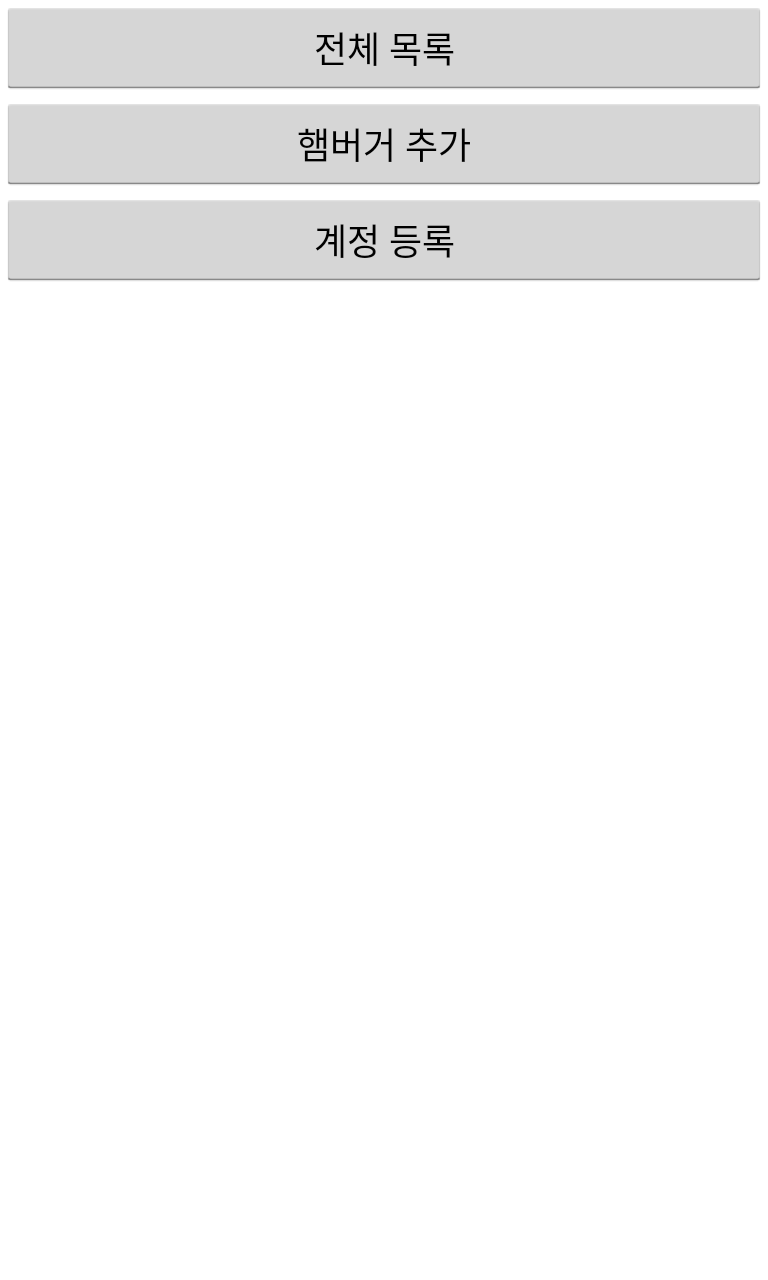
Repository: OnionLord/BurgerWIKI
Layout: burgerDicApp/BurgerDictionary/res/layout/actmain.xml
An editor plug-in stored every save of this project. The layout is shown before and after the next save, followed by the edit.
It is drawn on a 768 x 1280 px phone screen (xhdpi) without system bars, with theme AppTheme; the app's code is not run.

Above is the layout before, as saved 2014-11-06 12:27:47.

### burgerDicApp/BurgerDictionary/res/layout/actmain.xml
<LinearLayout xmlns:android="http://schemas.android.com/apk/res/android"
    android:layout_width="fill_parent"
    android:layout_height="fill_parent"
    android:orientation="vertical" >

    <Button
        android:id="@+id/main_btn1"
        android:layout_width="fill_parent"
        android:layout_height="wrap_content"
        android:onClick="onClickButton"
        android:text="전체 목록" />

    <Button
        android:id="@+id/main_btn2"
        android:layout_width="fill_parent"
        android:layout_height="wrap_content"
        android:onClick="onClickButton"
        android:text="햄버거 추가" />
    <Button
        android:id="@+id/main_btn3"
        android:layout_width="fill_parent"
        android:layout_height="wrap_content"
        android:onClick="onClickButton"
        android:text="계정 등록" />
</LinearLayout>

Loaded but not shown: burgerDicApp/BurgerDictionary/res/values/styles.xml (common file); burgerDicApp/BurgerDictionary/res/values-v11/styles.xml (common file); burgerDicApp/BurgerDictionary/res/values-v14/styles.xml (common file)

After the next save:
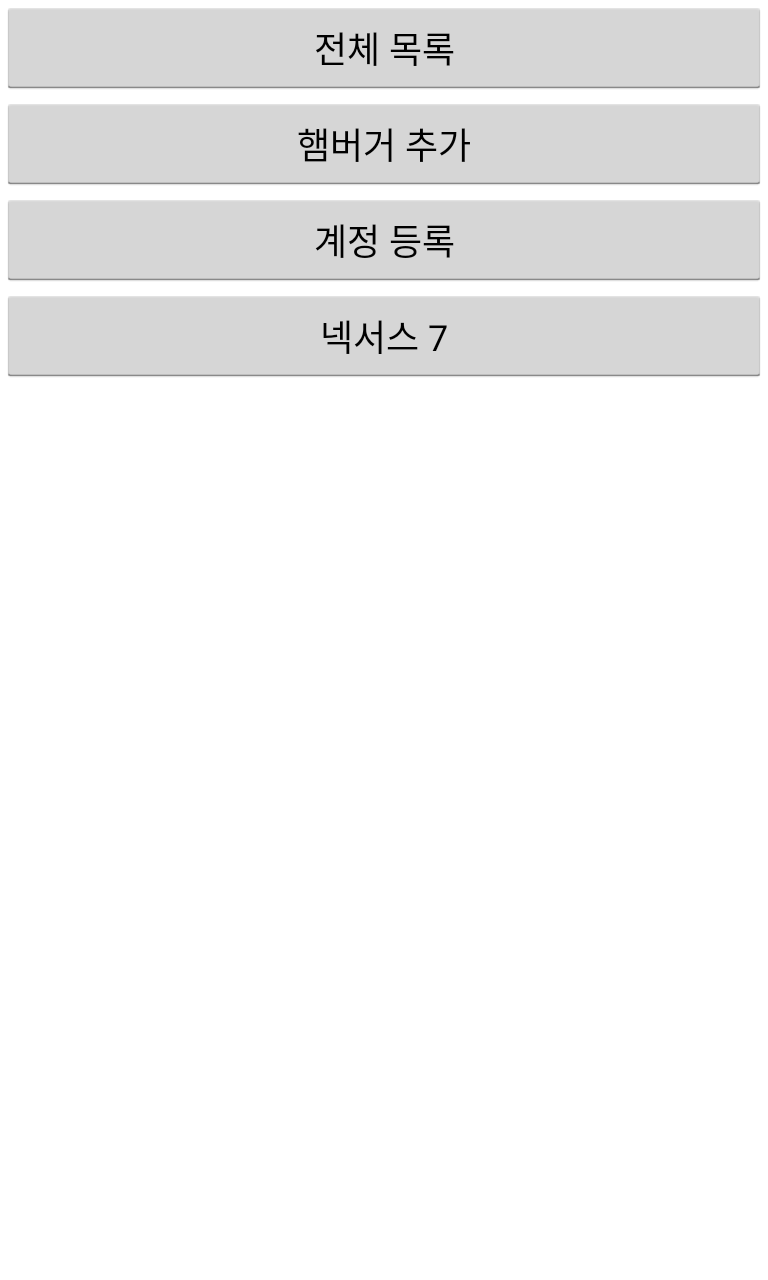
Saved 2 min 14 s later.
--- a/burgerDicApp/BurgerDictionary/res/layout/actmain.xml
+++ b/burgerDicApp/BurgerDictionary/res/layout/actmain.xml
@@ -22,4 +22,10 @@
         android:layout_height="wrap_content"
         android:onClick="onClickButton"
         android:text="계정 등록" />
+    <Button
+        android:id="@+id/main_btn4"
+        android:layout_width="fill_parent"
+        android:layout_height="wrap_content"
+        android:onClick="onClickButton"
+        android:text="넥서스 7" />
 </LinearLayout>

After the save that followed:
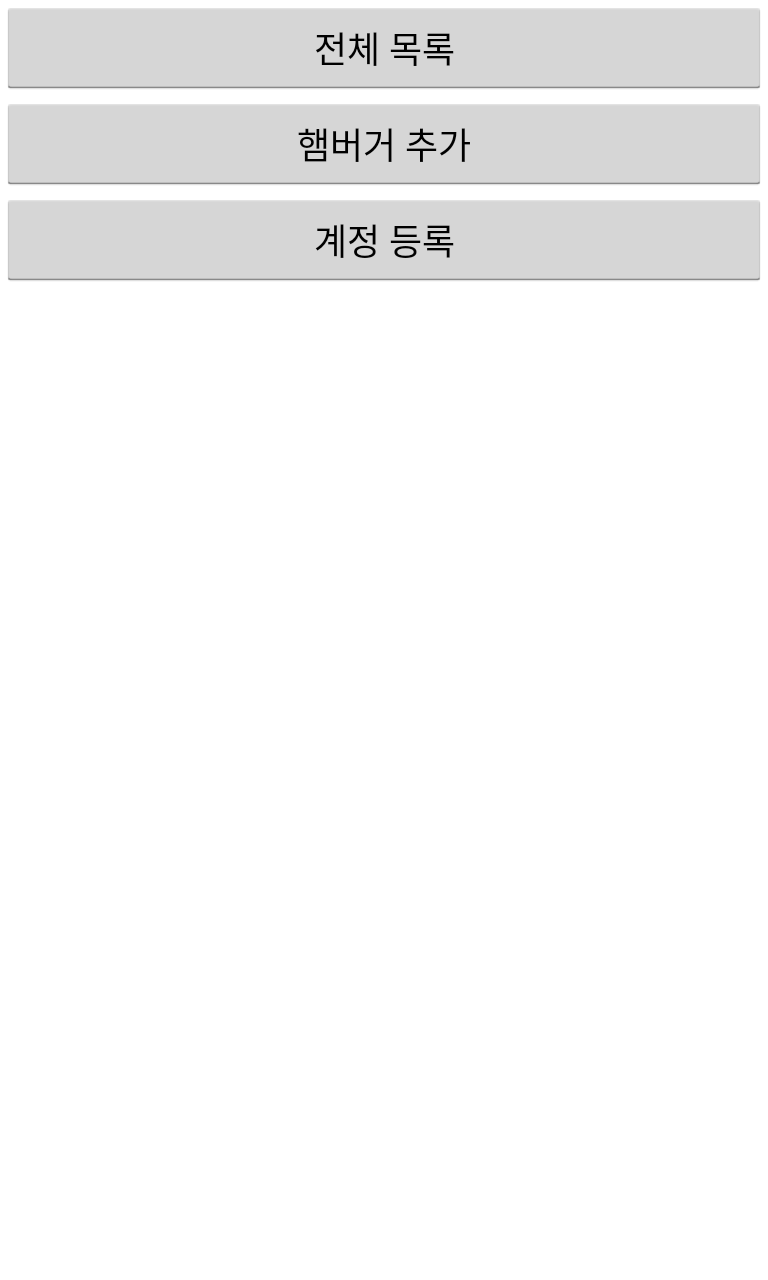
Saved 92 s later.
--- a/burgerDicApp/BurgerDictionary/res/layout/actmain.xml
+++ b/burgerDicApp/BurgerDictionary/res/layout/actmain.xml
@@ -22,10 +22,5 @@
         android:layout_height="wrap_content"
         android:onClick="onClickButton"
         android:text="계정 등록" />
-    <Button
-        android:id="@+id/main_btn4"
-        android:layout_width="fill_parent"
-        android:layout_height="wrap_content"
-        android:onClick="onClickButton"
-        android:text="넥서스 7" />
+
 </LinearLayout>
